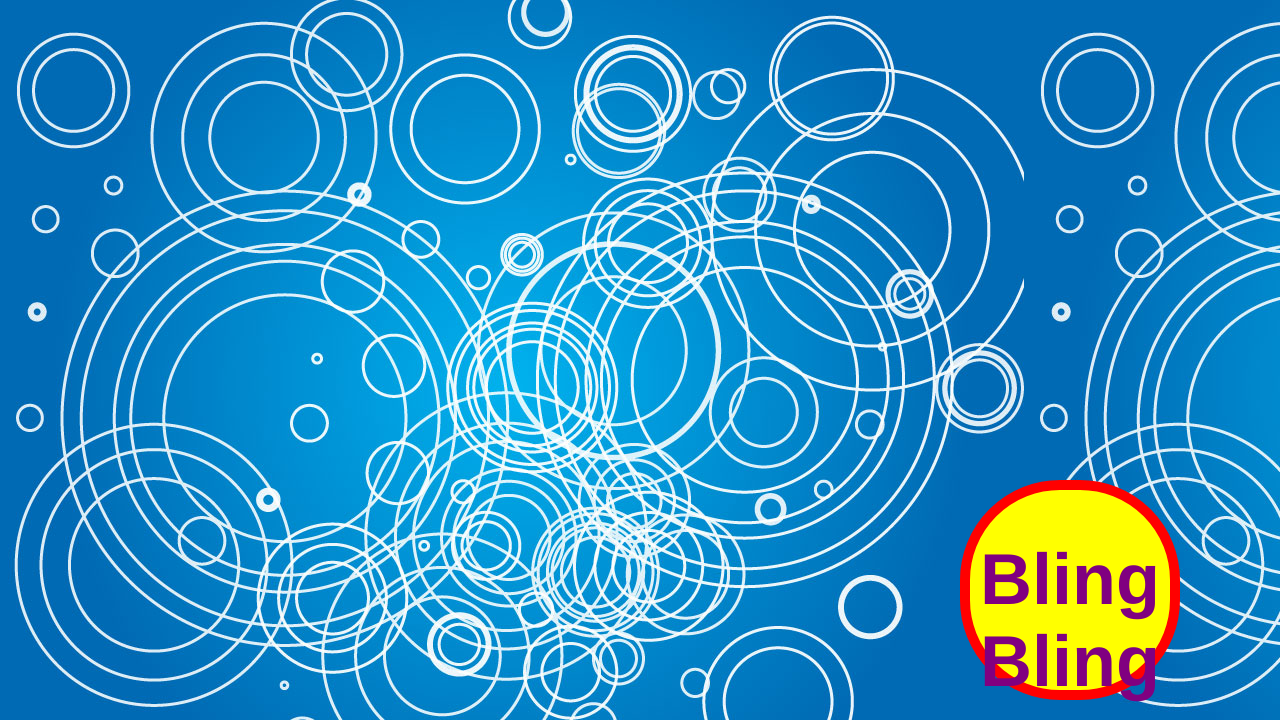
Repository: jangj879/jangj879.github.io
Page: 1_page.html
The author's editor kept a record of every edit. The page is drawn from the files as they stood at one moment, then again after the next edit.
The browser window is 1280 px wide. The pictures show the whole page.

Above is the page before.

### 1_page.html
<!DOCTYPE html>
<html>
<head>
	    <title>My first page</title>
		<link href="style1.css" rel="stylesheet">
</head>

        <body>
            <div class="one">
            <body>

<h1>Bling Bling</h1>
<p class="serif">I love seeing my friends genuinely happy.</p>
<p class="sansserif">This is a paragraph, shown in the Arial font.</p>

</body>



</body>

</html>

### style1.css
body {
    background-image: url("blue.jpg");
    color: purple;
    font-size: 36px;
    font-family: Helvetica, Arial, sans-serif;
    text-align: center;
}

p {
    margin: 100px;
}

.paragraph2 {
    color: #5ef645;
}

.one {
    width: 200px;
    height: 200px;
    background-color: yellow;
    position: fixed;
    bottom: 20px;
    right: 100px;
    border-radius: 100px;
    border: solid red 10px
}

.one:hover {
    background-color: lime;
}

a:link {
    color: black;
    text-decoration: none;
}

a:hover {
    color: red;
}

After the next edit:
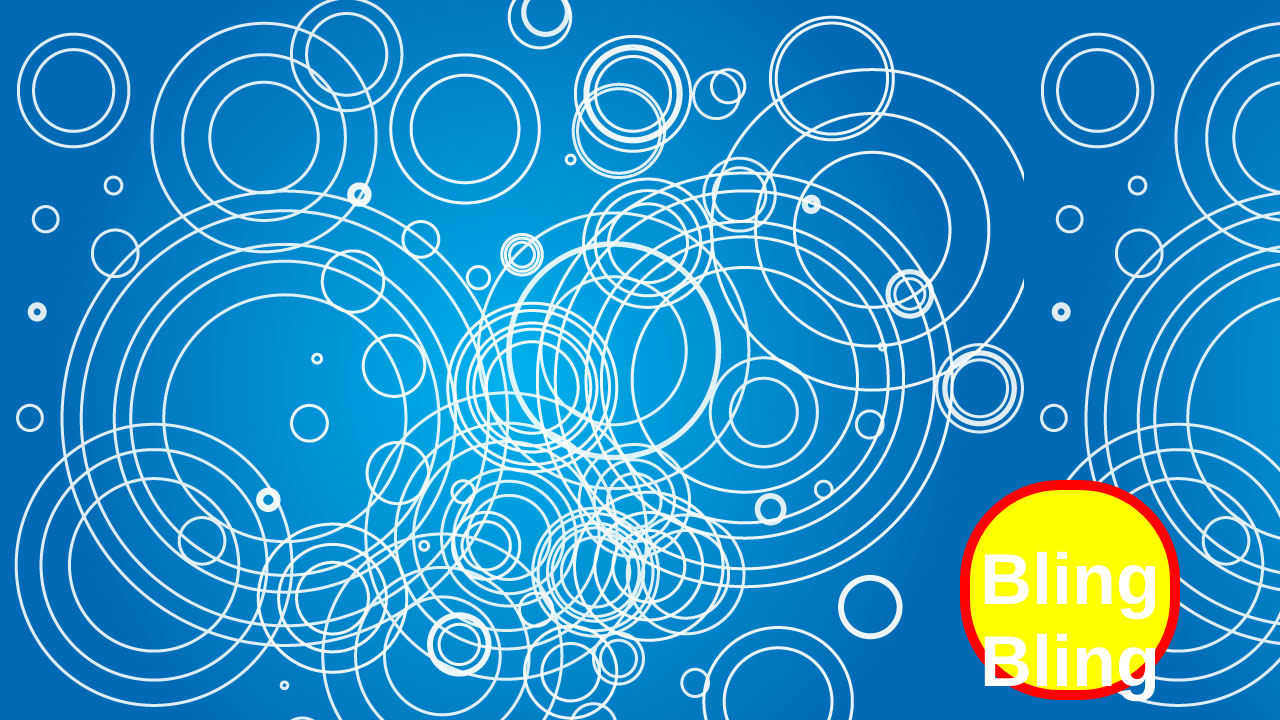
The edit:
--- a/style1.css
+++ b/style1.css
@@ -1,6 +1,6 @@
 body {
     background-image: url("blue.jpg");
-    color: purple;
+    color: white;
     font-size: 36px;
     font-family: Helvetica, Arial, sans-serif;
     text-align: center;
